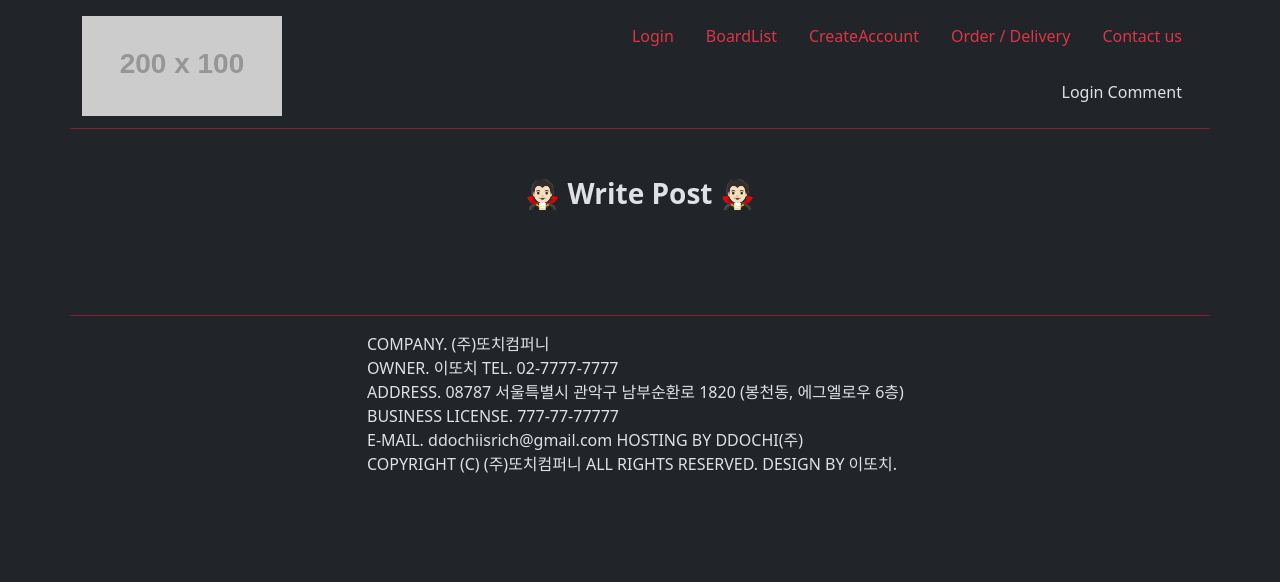
Repository: ddochiisrich/Ddochi-Web
Page: http://localhost/JSPClassCh06/writeForm
These files come from the project's save history. The page is drawn as it stood at one moment and after the next save; the edit follows.
The browser window is 1280 px wide. The pictures show the whole page.
The page is served by Tomcat 9.

Above is the page before, as saved 2024-04-11 03:16:17.

After the next save:
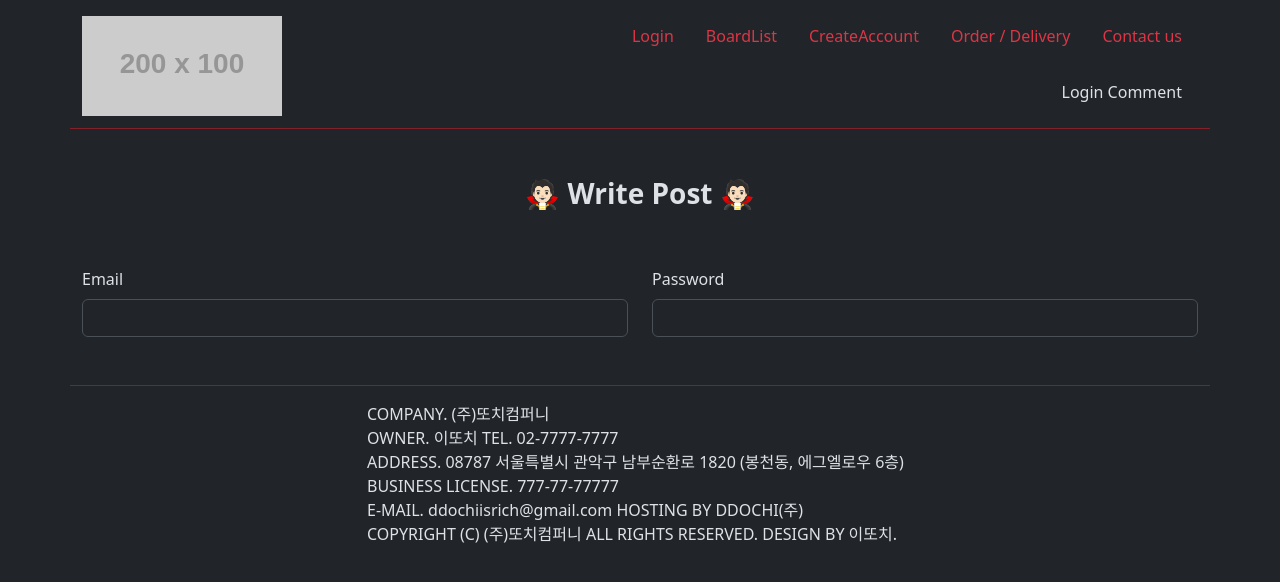
Saved 4 min 49 s later.
--- a/JSPClassCh06/src/main/webapp/WEB-INF/board/writeForm.jsp
+++ b/JSPClassCh06/src/main/webapp/WEB-INF/board/writeForm.jsp
@@ -24,8 +24,16 @@
 				<H1 class="text-center fw-bold fs-3">🧛🏻 Write Post 🧛🏻</H1>
 			</div>
 		</div>
-		<form name="writeForm" id="writeForm" action="writeProcess" method="post" class="row border-danger">
-
+		<form name="writeForm" id="writeForm" action="writeProcess"
+			method="post" class="row border-danger">
+			<div class="col-md-6">
+				<label for="inputEmail4" class="form-label">Email</label>
+				<input type="email" class="form-control" id="inputEmail4">
+			</div>
+			<div class="col-md-6">
+				<label for="inputPassword4" class="form-label">Password</label>
+				<input type="password" class="form-control" id="inputPassword4">
+			</div>
 		</form>
 
 
